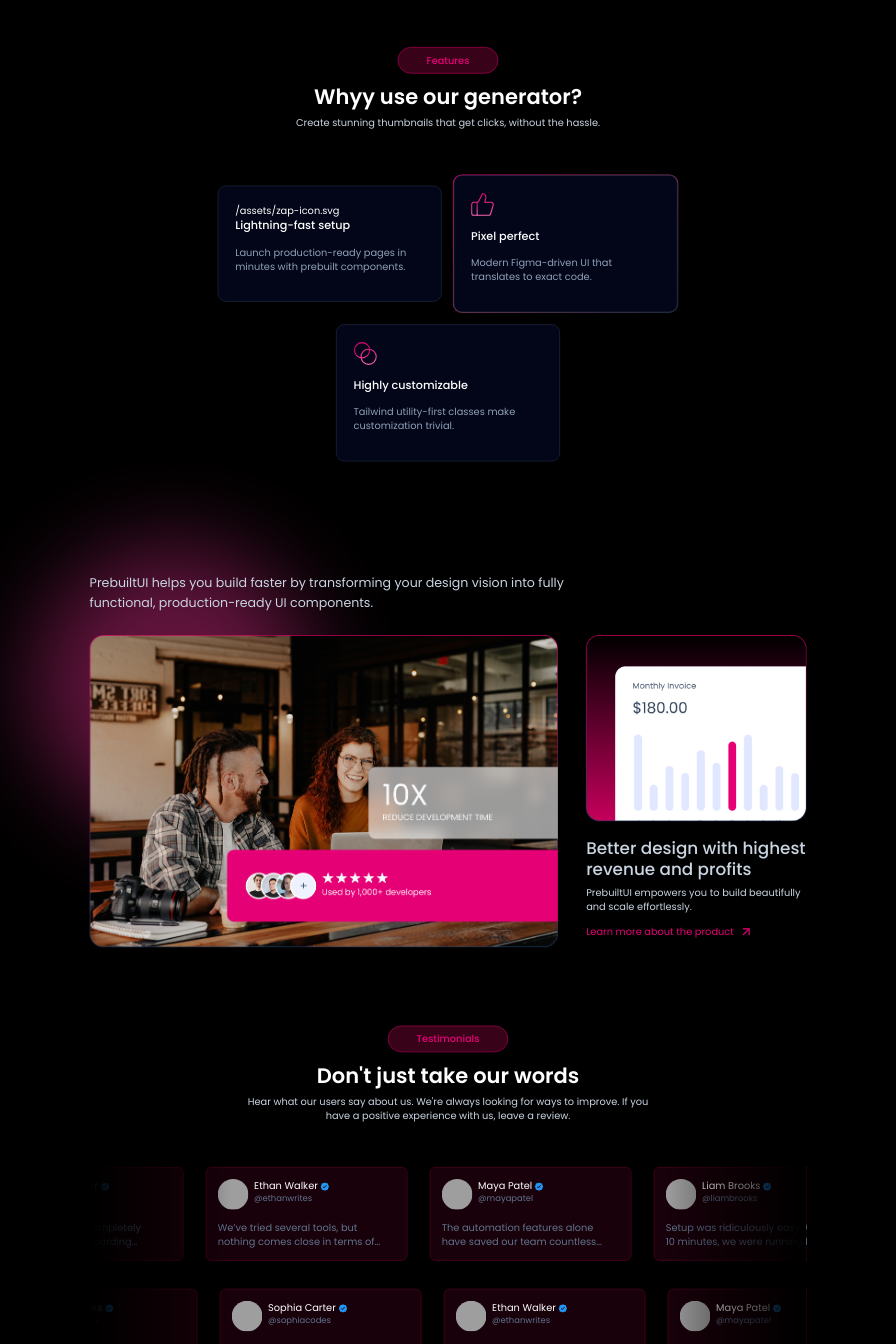
Repository: abhiraj33181/Thumblify
Page: / (app in client/)
These files come from the project's save history. The page is drawn as it stood at one moment and after the next save; the edit follows.
The browser window is 1280 px wide. The pictures show the part of the page from y = 1273 to 3193 px (the page is 5450 px tall before and 5390 px after), at 70% of full size.
Pictures or frames that could not be fetched are drawn as grey boxes. The project was rebuilt for these pictures with package versions that can differ from the ones it lists, and the page was loaded fresh each time. Also part of the build but not shown: client/vite.config.ts.

Above is the page before, as saved 2026-01-08 09:36:16.

### client/index.html
<!doctype html>
<html lang="en">

<head>
    <meta charset="UTF-8" />
    <link rel="icon" href="/favicon.svg" type="image/x-icon" />
    <meta name="viewport" content="width=device-width, initial-scale=1.0" />
    <title>Thumblify - AI Thumbnail Generator</title>
</head>

<body>
    <div id="root"></div>
    <script type="module" src="/src/main.jsx"></script>
</body>

</html>

### client/src/main.tsx
import { createRoot } from 'react-dom/client'
import App from './App.js'
import { BrowserRouter } from 'react-router-dom'

createRoot(document.getElementById('root')!).render(
    <BrowserRouter>
        <App />
    </BrowserRouter>,
)

### client/src/App.tsx
import { Route, Routes } from "react-router-dom";
import HomePage from "./pages/HomePage";
import Navbar from "./components/Navbar";
import Footer from "./components/Footer";
import "./globals.css";
import LenisScroll from "./components/LenisScroll";

export default function App() {
    return (
        <>
            <LenisScroll />
            <Navbar />
            <Routes>
                <Route path="/" element={<HomePage />} />
            </Routes>
            <Footer />
        </>
    );
}

### client/src/pages/HomePage.tsx
import HeroSection from "../sections/HeroSection";
import FeaturesSection from "../sections/FeaturesSection";
import TestimonialSection from "../sections/TestimonialSection";
import PricingSection from "../sections/PricingSection";
import ContactSection from "../sections/ContactSection";
import CTASection from "../sections/CTASection";

export default function HomePage() {
    return (
        <>
            <HeroSection />
            <FeaturesSection />
            <TestimonialSection />
            <PricingSection />
            <ContactSection />
            <CTASection />
        </>
    );
}

### client/src/globals.css
@import url('https://fonts.googleapis.com/css2?family=Poppins:ital,wght@0,100;0,200;0,300;0,400;0,500;0,600;0,700;0,800;0,900;1,100;1,200;1,300;1,400;1,500;1,600;1,700;1,800;1,900&display=swap');
@import "tailwindcss";

@theme {
    --font-poppins: "Poppins", sans-serif;
}

body {
    @apply bg-black text-white text-sm antialiased font-poppins;
}

body::selection {
    @apply bg-pink-600 text-white;
}

button {
    @apply cursor-pointer;
}

.move-gradient {
    background-image: linear-gradient(to right, var(--color-pink-500), var(--color-pink-300));
    background-size: 200% 100%;
    animation: movegradient 5s infinite;
}

@keyframes movegradient {
    0% {
        background-position: 0% 50%;
    }
    50% {
        background-position: 100% 50%;
    }
    100% {
        background-position: 0% 50%;
    }
}

### client/src/components/LenisScroll.tsx
import { useEffect } from "react";
import Lenis from "lenis";

export default function LenisScroll() {
    useEffect(() => {
        const lenis = new Lenis({
            duration: 1.2,
            smoothWheel: true,
            anchors: {
                offset: -100,
            },
        });

        const raf = (time: number) => {
            lenis.raf(time);
            requestAnimationFrame(raf);
        };

        requestAnimationFrame(raf);

        return () => {
            lenis.destroy();
        };
    }, []);

    return null;
}

### client/src/sections/FeaturesSection.tsx
'use client'
import SectionTitle from "../components/SectionTitle";
import { ArrowUpRight } from "lucide-react";
import { motion } from "motion/react";
import { featuresData } from "../data/features";
import type { IFeature } from "../types";

export default function FeaturesSection() {
    return (
        <div id="features" className="px-4 md:px-16 lg:px-24 xl:px-32">
            <SectionTitle text1="Features" text2="Whyy use our generator?" text3="Create stunning thumbnails that get clicks, without the hassle." />
            <div className="flex flex-wrap items-center justify-center gap-6 md:gap-4 mt-16 px-6">
                {featuresData.map((feature: IFeature, index: number) => (
                    <motion.div key={index} className={`${index === 1 ? 'p-px rounded-[13px] bg-linear-to-br from-pink-600 to-slate-800' : ''}`}
                        initial={{ y: 150, opacity: 0 }}
                        whileInView={{ y: 0, opacity: 1 }}
                        viewport={{ once: true }}
                        transition={{ delay: index * 0.15, type: "spring", stiffness: 320, damping: 70, mass: 1 }}
                    >
                        <div className="p-6 rounded-xl space-y-4 border border-slate-800 bg-slate-950 max-w-80 w-full">
                            {feature.icon}
                            <h3 className="text-base font-medium text-white">
                                {feature.title}
                            </h3>
                            <p className="text-slate-400 line-clamp-2 pb-4">
                                {feature.description}
                            </p>
                        </div>
                    </motion.div>
                ))}
            </div>
            <div className="mt-40 relative mx-auto max-w-5xl">
                <div className="absolute -z-50 size-100 -top-10 -left-20 aspect-square rounded-full bg-pink-500/40 blur-3xl"></div>
                <motion.p className="text-slate-300 text-lg text-left max-w-3xl"
                    initial={{ y: 150, opacity: 0 }}
                    whileInView={{ y: 0, opacity: 1 }}
                    viewport={{ once: true }}
                    transition={{ type: "spring", stiffness: 320, damping: 70, mass: 1 }}
                >
                    PrebuiltUI helps you build faster by transforming your design vision into fully functional, production-ready UI components.
                </motion.p>
                <div className="grid grid-cols-1 md:grid-cols-3 mt-8 gap-10">
                    <motion.div className="md:col-span-2"
                        initial={{ y: 150, opacity: 0 }}
                        whileInView={{ y: 0, opacity: 1 }}
                        viewport={{ once: true }}
                        transition={{ type: "spring", stiffness: 240, damping: 70, mass: 1 }}
                    >
                        <img className="h-full w-auto" src="/assets/features-showcase-1.png" alt="features showcase" width={1000} height={500} />
                    </motion.div>
                    <motion.div className="md:col-span-1"
                        initial={{ y: 150, opacity: 0 }}
                        whileInView={{ y: 0, opacity: 1 }}
                        viewport={{ once: true }}
                        transition={{ delay: 0.15, type: "spring", stiffness: 320, damping: 70, mass: 1 }}
                    >
                        <img src="/assets/features-showcase-2.png" alt="features showcase" width={1000} height={500} className="hover:-translate-y-0.5 transition duration-300" />
                        <h3 className="text-[24px]/7.5 text-slate-300 font-medium mt-6">Better design with highest revenue and profits </h3>
                        <p className="text-slate-300 mt-2">PrebuiltUI empowers you to build beautifully and scale effortlessly.</p>
                        <a href="https://prebuiltui.com" className="group flex items-center gap-2 mt-4 text-pink-600 hover:text-pink-700 transition">
                            Learn more about the product
                            <ArrowUpRight className="size-5 group-hover:translate-x-0.5 transition duration-300" />
                        </a>
                    </motion.div>
                </div>
            </div>
        </div>
    );
}

### client/src/data/footer.ts
import type { IFooter } from "../types";

export const footerData: IFooter[] = [
    {
        title: "Product",
        links: [
            { name: "Home", href: "#" },
            { name: "Support", href: "#support" },
            { name: "Pricing", href: "#pricing" },
            { name: "Affiliate", href: "#affiliate" },
        ]
    },
    {
        title: "Resources",
        links: [
            { name: "Company", href: "#company" },
            { name: "Blogs", href: "#blogs" },
            { name: "Community", href: "#community" },
            { name: "Careers", href: "#careers" },
            { name: "About", href: "#about" },
        ]
    },
    {
        title: "Legal",
        links: [
            { name: "Privacy", href: "#privacy" },
            { name: "Terms", href: "#terms" },
        ]
    }
];

### client/src/components/SectionTitle.tsx
import type { SectionTitleProps } from "../types";
import { motion } from "motion/react";

export default function SectionTitle({ text1, text2, text3 }: SectionTitleProps) {
    return (
        <>
            <motion.p className="text-center font-medium text-pink-600 mt-28 px-10 py-2 rounded-full bg-pink-950/70 border border-pink-800 w-max mx-auto"
                initial={{ y: 120, opacity: 0 }}
                whileInView={{ y: 0, opacity: 1 }}
                viewport={{ once: true }}
                transition={{ type: "spring", stiffness: 320, damping: 70, mass: 1 }}
            >
                {text1}
            </motion.p>
            <motion.h3 className="text-3xl font-semibold text-center mx-auto mt-4"
                initial={{ y: 120, opacity: 0 }}
                whileInView={{ y: 0, opacity: 1 }}
                viewport={{ once: true }}
                transition={{ type: "spring", stiffness: 280, damping: 70, mass: 1 }}
            >
                {text2}
            </motion.h3>
            <motion.p className="text-slate-300 text-center mt-2 max-w-xl mx-auto"
                initial={{ y: 120, opacity: 0 }}
                whileInView={{ y: 0, opacity: 1 }}
                viewport={{ once: true }}
                transition={{ type: "spring", stiffness: 240, damping: 70, mass: 1 }}
            >
                {text3}
            </motion.p>
        </>
    );
}

### client/src/data/features.tsx
import type { IFeature } from "../types";

export const featuresData: IFeature[] = [
    {
        icon: "/assets/zap-icon.svg",
        title: "Lightning-fast setup",
        description: "Launch production-ready pages in minutes with prebuilt components.",
    },
    {
        icon: (<svg width="33" height="34" viewBox="0 0 33 34" fill="none" xmlns="http://www.w3.org/2000/svg"><path d="M8.617 13.777V32.43" stroke="url(#a)" strokeWidth="1.5" strokeLinecap="round" strokeLinejoin="round" /><path d="m21.066 7.377-1.554 6.404h9.062a3.107 3.107 0 0 1 2.984 3.979l-3.621 12.435a3.11 3.11 0 0 1-2.985 2.238H3.968A3.11 3.11 0 0 1 .86 29.325V16.89a3.11 3.11 0 0 1 3.11-3.11h4.29a3.11 3.11 0 0 0 2.782-1.725l5.362-10.71a4.866 4.866 0 0 1 4.663 6.032" stroke="url(#b)" strokeWidth="1.5" strokeLinecap="round" strokeLinejoin="round" /><defs><linearGradient id="a" x1="9.117" y1="13.777" x2="9.117" y2="32.43" gradientUnits="userSpaceOnUse"><stop stopColor="#E60076" /><stop offset="1" stopColor="#FB64B6" /></linearGradient><linearGradient id="b" x1="16.271" y1="1.346" x2="16.271" y2="32.433" gradientUnits="userSpaceOnUse"><stop stopColor="#E60076" /><stop offset="1" stopColor="#FB64B6" /></linearGradient></defs></svg>),
        title: "Pixel perfect",
        description: "Modern Figma-driven UI that translates to exact code.",
    },
    {
        icon: (<svg width="34" height="34" viewBox="0 0 34 34" fill="none" xmlns="http://www.w3.org/2000/svg"><path d="M12.278 23.072c6 0 10.864-4.864 10.864-10.863 0-6-4.864-10.863-10.864-10.863S1.414 6.209 1.414 12.209s4.864 10.863 10.864 10.863" stroke="url(#a)" strokeWidth="1.5" strokeLinecap="round" strokeLinejoin="round" /><path d="M21.583 32.383c6 0 10.863-4.864 10.863-10.864s-4.864-10.863-10.863-10.863c-6 0-10.864 4.864-10.864 10.863 0 6 4.864 10.864 10.864 10.864" stroke="url(#b)" strokeWidth="1.5" strokeLinecap="round" strokeLinejoin="round" /><defs><linearGradient id="a" x1="12.278" y1="1.346" x2="12.278" y2="23.072" gradientUnits="userSpaceOnUse"><stop stopColor="#E60076" /><stop offset="1" stopColor="#FB64B6" /></linearGradient><linearGradient id="b" x1="21.582" y1="10.656" x2="21.582" y2="32.383" gradientUnits="userSpaceOnUse"><stop stopColor="#E60076" /><stop offset="1" stopColor="#FB64B6" /></linearGradient></defs></svg>),
        title: "Highly customizable",
        description: "Tailwind utility-first classes make customization trivial.",
    }
];

### client/src/data/testimonial.ts
import type { ITestimonial } from "../types";

export const testimonialsData: ITestimonial[] = [
    {
        image: 'https://images.unsplash.com/photo-1633332755192-727a05c4013d?q=80&w=200',
        name: 'Sophia Carter',
        handle: '@sophiacodes',
        date: 'February 14, 2025',
        quote: 'This SaaS app has completely streamlined our onboarding process. What used to take hours now takes minutes!',
    },
    {
        image: 'https://images.unsplash.com/photo-1535713875002-d1d0cf377fde?q=80&w=200',
        name: 'Ethan Walker',
        handle: '@ethanwrites',
        date: 'March 3, 2025',
        quote: 'We’ve tried several tools, but nothing comes close in terms of speed and simplicity. Absolute game-changer.',
    },
    {
        image: 'https://images.unsplash.com/photo-1527980965255-d3b416303d12?w=200&auto=format&fit=crop&q=60',
        name: 'Maya Patel',
        handle: '@mayapatel',
        date: 'April 22, 2025',
        quote: 'The automation features alone have saved our team countless hours every week. Worth every penny.',
    },
    {
        image: 'https://images.unsplash.com/photo-1522075469751-3a6694fb2f61?w=200&auto=format&fit=crop&q=60',
        name: 'Liam Brooks',
        handle: '@liambrooks',
        date: 'May 18, 2025',
        quote: 'Setup was ridiculously easy. Within 10 minutes, we were running live and onboarding our first customers.',
    },
];

### client/src/data/pricing.ts
import type { IPricing } from "../types";

export const pricingData: IPricing[] = [
    {
        name: "Basic",
        price: 29,
        period: "month",
        features: [
            "Access to all basic courses",
            "Community support",
            "10 practice projects",
            "Course completion certificate",
            "Basic code review"
        ],
        mostPopular: false
    },
    {
        name: "Pro",
        price: 79,
        period: "month",
        features: [
            "Access to all Pro courses",
            "Priority community support",
            "30 practice projects",
            "Course completion certificate",
            "Advance code review",
            "1-on-1 mentoring sessions",
            "Job assistance"
        ],
        mostPopular: true
    },
    {
        name: "Enterprise",
        price: 199,
        period: "month",
        features: [
            "Access to all courses",
            "Dedicated support",
            "Unlimited projects",
            "Course completion certificate",
            "Premium code review"
        ],
        mostPopular: false
    }
];

Loaded but not shown: client/src/sections/HeroSection.tsx (79 lines, source omitted); client/src/components/Footer.tsx (59 lines, source omitted); client/src/sections/ContactSection.tsx (59 lines, source omitted); client/src/components/Navbar.tsx (52 lines, source omitted); client/src/components/TestimonialCard.tsx (29 lines, source omitted); client/src/sections/PricingSection.tsx (42 lines, source omitted); client/src/components/TiltImage.tsx (62 lines, source omitted); client/src/sections/CTASection.tsx (40 lines, source omitted); client/src/sections/TestimonialSection.tsx (29 lines, source omitted)

After the next save:
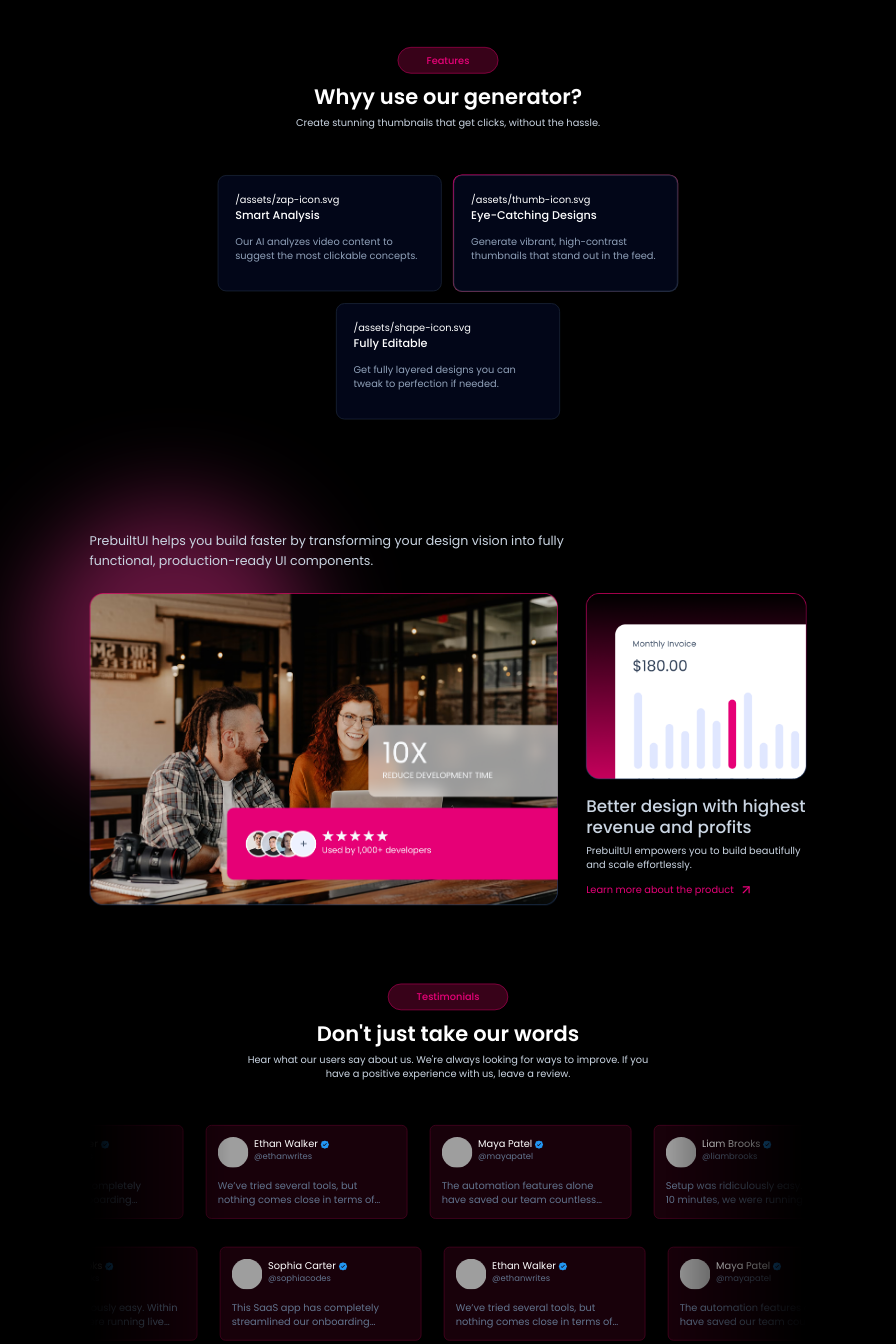
Saved 3 min 25 s later.
--- a/client/src/data/features.tsx
+++ b/client/src/data/features.tsx
@@ -3,17 +3,17 @@ import type { IFeature } from "../types";
 export const featuresData: IFeature[] = [
     {
         icon: "/assets/zap-icon.svg",
-        title: "Lightning-fast setup",
-        description: "Launch production-ready pages in minutes with prebuilt components.",
+        title: "Smart Analysis",
+        description: "Our AI analyzes video content to suggest the most clickable concepts.",
     },
     {
-        icon: (<svg width="33" height="34" viewBox="0 0 33 34" fill="none" xmlns="http://www.w3.org/2000/svg"><path d="M8.617 13.777V32.43" stroke="url(#a)" strokeWidth="1.5" strokeLinecap="round" strokeLinejoin="round" /><path d="m21.066 7.377-1.554 6.404h9.062a3.107 3.107 0 0 1 2.984 3.979l-3.621 12.435a3.11 3.11 0 0 1-2.985 2.238H3.968A3.11 3.11 0 0 1 .86 29.325V16.89a3.11 3.11 0 0 1 3.11-3.11h4.29a3.11 3.11 0 0 0 2.782-1.725l5.362-10.71a4.866 4.866 0 0 1 4.663 6.032" stroke="url(#b)" strokeWidth="1.5" strokeLinecap="round" strokeLinejoin="round" /><defs><linearGradient id="a" x1="9.117" y1="13.777" x2="9.117" y2="32.43" gradientUnits="userSpaceOnUse"><stop stopColor="#E60076" /><stop offset="1" stopColor="#FB64B6" /></linearGradient><linearGradient id="b" x1="16.271" y1="1.346" x2="16.271" y2="32.433" gradientUnits="userSpaceOnUse"><stop stopColor="#E60076" /><stop offset="1" stopColor="#FB64B6" /></linearGradient></defs></svg>),
-        title: "Pixel perfect",
-        description: "Modern Figma-driven UI that translates to exact code.",
+        icon: "/assets/thumb-icon.svg",
+        title: "Eye-Catching Designs",
+        description: "Generate vibrant, high-contrast thumbnails that stand out in the feed.",
     },
     {
-        icon: (<svg width="34" height="34" viewBox="0 0 34 34" fill="none" xmlns="http://www.w3.org/2000/svg"><path d="M12.278 23.072c6 0 10.864-4.864 10.864-10.863 0-6-4.864-10.863-10.864-10.863S1.414 6.209 1.414 12.209s4.864 10.863 10.864 10.863" stroke="url(#a)" strokeWidth="1.5" strokeLinecap="round" strokeLinejoin="round" /><path d="M21.583 32.383c6 0 10.863-4.864 10.863-10.864s-4.864-10.863-10.863-10.863c-6 0-10.864 4.864-10.864 10.863 0 6 4.864 10.864 10.864 10.864" stroke="url(#b)" strokeWidth="1.5" strokeLinecap="round" strokeLinejoin="round" /><defs><linearGradient id="a" x1="12.278" y1="1.346" x2="12.278" y2="23.072" gradientUnits="userSpaceOnUse"><stop stopColor="#E60076" /><stop offset="1" stopColor="#FB64B6" /></linearGradient><linearGradient id="b" x1="21.582" y1="10.656" x2="21.582" y2="32.383" gradientUnits="userSpaceOnUse"><stop stopColor="#E60076" /><stop offset="1" stopColor="#FB64B6" /></linearGradient></defs></svg>),
-        title: "Highly customizable",
-        description: "Tailwind utility-first classes make customization trivial.",
-    }
+        icon: "/assets/shape-icon.svg",
+        title: "Fully Editable",
+        description: "Get fully layered designs you can tweak to perfection if needed.",
+    },
 ];

After the save that followed:
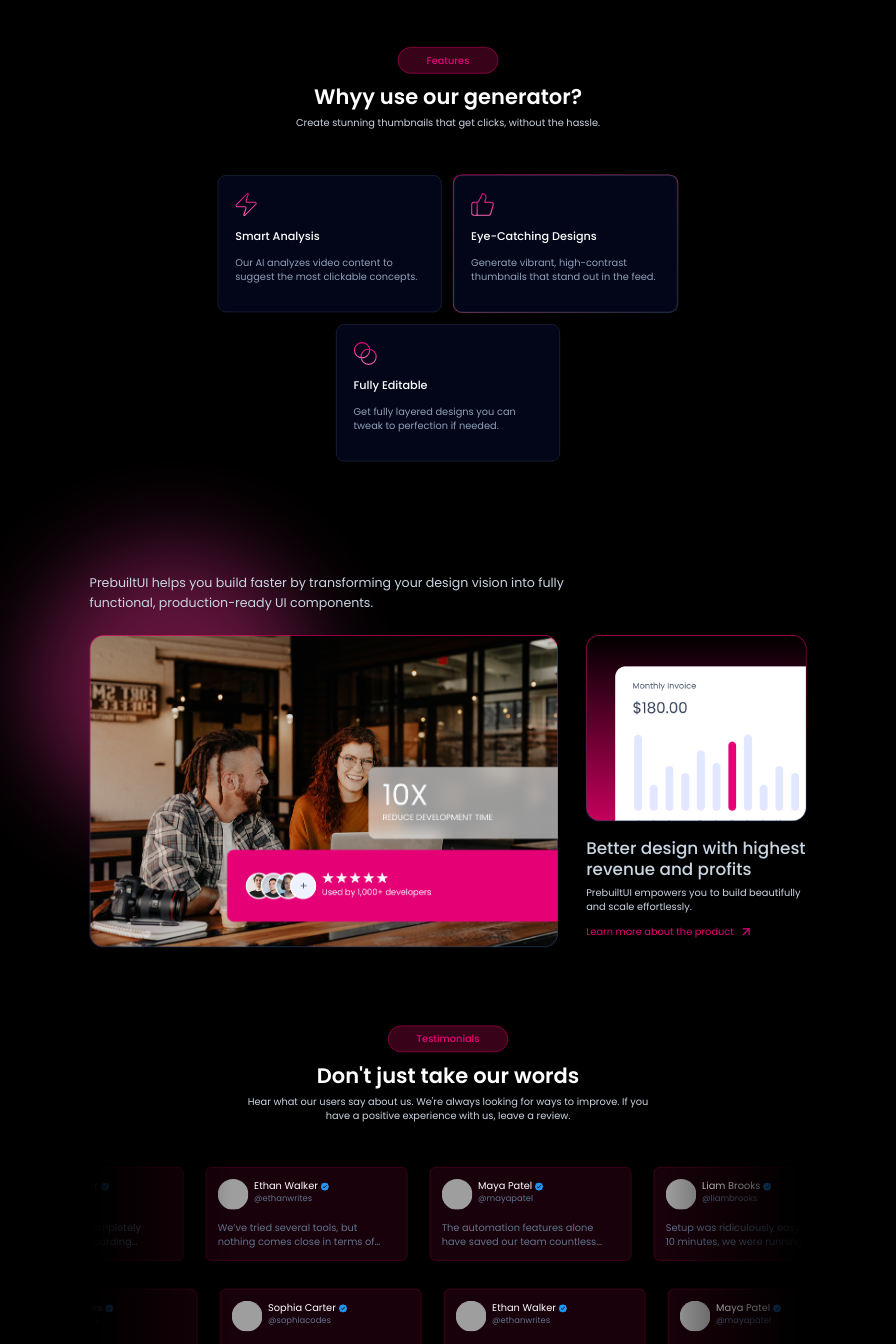
Saved 56 s later.
--- a/client/src/sections/FeaturesSection.tsx
+++ b/client/src/sections/FeaturesSection.tsx
@@ -18,7 +18,7 @@ export default function FeaturesSection() {
                         transition={{ delay: index * 0.15, type: "spring", stiffness: 320, damping: 70, mass: 1 }}
                     >
                         <div className="p-6 rounded-xl space-y-4 border border-slate-800 bg-slate-950 max-w-80 w-full">
-                            {feature.icon}
+                            <img src={feature.icon} alt={feature.title} />
                             <h3 className="text-base font-medium text-white">
                                 {feature.title}
                             </h3>
